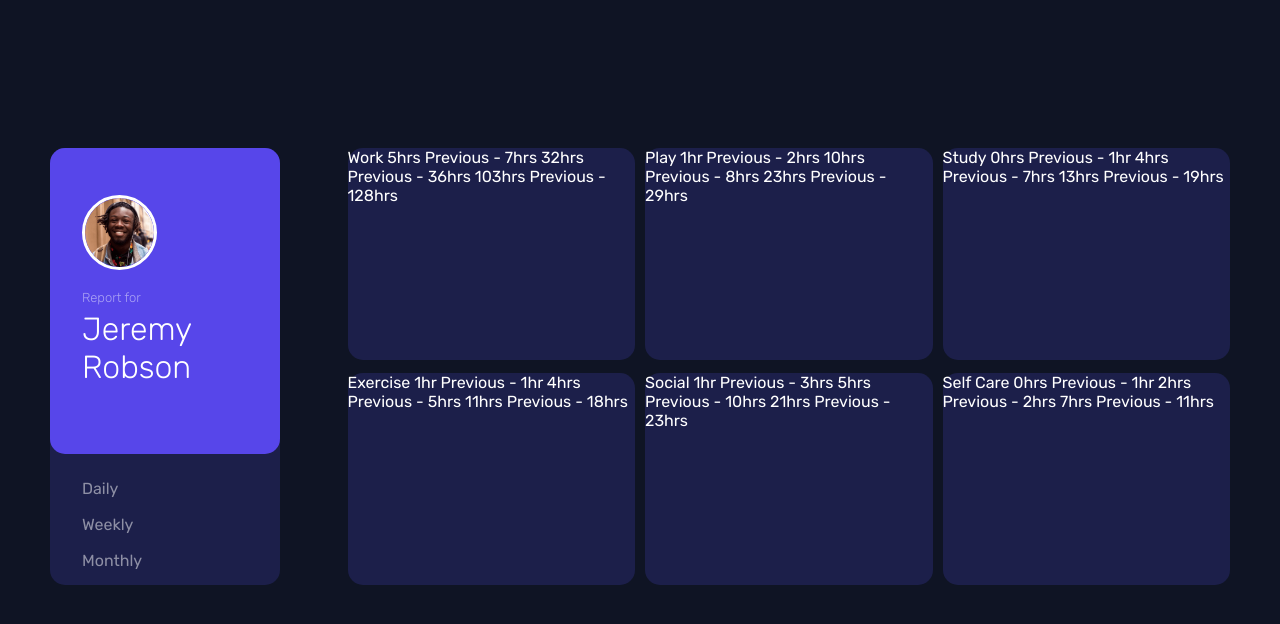
Repository: 3mr-5aled/time-tracking-dashboard-Junior
Page: index.html
These files come from the project's save history. The page is drawn as it stood at one moment and after the next save; the edit follows.
The browser window is 1280 px wide. The pictures show the whole page.

Above is the page before, as saved 2022-12-27 20:19:15.

### index.html
<!DOCTYPE html>
<html lang="en">
  <head>
    <meta charset="UTF-8" />
    <meta name="viewport" content="width=device-width, initial-scale=1.0" />
    <!-- displays site properly based on user's device -->

    <link
      rel="icon"
      type="image/png"
      sizes="32x32"
      href="./images/favicon-32x32.png"
    />
    <link rel="stylesheet" href="style.css" />

    <title>Frontend Mentor | Time tracking dashboard</title>

    <!-- Feel free to remove these styles or customise in your own stylesheet 👍 -->
    <style>
      .attribution {
        display: none;
        font-size: 11px;
        text-align: center;
      }
      .attribution a {
        color: hsl(228, 45%, 44%);
      }
    </style>
  </head>
  <body>
    <div class="main">
      <div class="user">
        <div class="userData">
          <img src="images/image-jeremy.png" alt="userFace" />
          <div class="userInfo">
            <p>Report for</p>
            <span>Jeremy Robson</span>
          </div>
        </div>
        <div class="filter">
          <button>Daily</button>
          <button>Weekly</button>
          <button>Monthly</button>
        </div>
      </div>
      <div class="work">
        Work 5hrs
        <!-- daily -->
        Previous - 7hrs
        <!-- daily -->
        32hrs
        <!-- weekly -->
        Previous - 36hrs
        <!-- weekly -->
        103hrs
        <!-- monthly -->
        Previous - 128hrs
        <!-- monthly -->
      </div>
      <div class="play">
        Play 1hr
        <!-- daily -->
        Previous - 2hrs
        <!-- daily -->
        10hrs
        <!-- weekly -->
        Previous - 8hrs
        <!-- weekly -->
        23hrs
        <!-- monthly -->
        Previous - 29hrs
        <!-- monthly -->
      </div>
      <div class="study">
        Study 0hrs
        <!-- daily -->
        Previous - 1hr
        <!-- daily -->
        4hrs
        <!-- weekly -->
        Previous - 7hrs
        <!-- weekly -->
        13hrs
        <!-- monthly -->
        Previous - 19hrs
        <!-- monthly -->
      </div>

      <div class="exercise">
        Exercise 1hr
        <!-- daily -->
        Previous - 1hr
        <!-- daily -->
        4hrs
        <!-- weekly -->
        Previous - 5hrs
        <!-- weekly -->
        11hrs
        <!-- monthly -->
        Previous - 18hrs
        <!-- monthly -->
      </div>

      <div class="social">
        Social 1hr
        <!-- daily -->
        Previous - 3hrs
        <!-- daily -->
        5hrs
        <!-- weekly -->
        Previous - 10hrs
        <!-- weekly -->
        21hrs
        <!-- monthly -->
        Previous - 23hrs
        <!-- monthly -->
      </div>
      <div class="selfCare">
        Self Care 0hrs
        <!-- daily -->
        Previous - 1hr
        <!-- daily -->
        2hrs
        <!-- weekly -->
        Previous - 2hrs
        <!-- weekly -->
        7hrs
        <!-- monthly -->
        Previous - 11hrs
        <!-- monthly -->
      </div>
    </div>
    <div class="attribution">
      Challenge by
      <a href="https://www.frontendmentor.io?ref=challenge" target="_blank"
        >Frontend Mentor</a
      >. Coded by <a href="#">3mr 5aled</a>.
    </div>
  </body>
</html>

### style.css
@import url("https://fonts.googleapis.com/css2?family=Rubik:wght@200;300;400;500&display=swap");

* {
  box-sizing: border-box;
  padding: 0;
  margin: 0;
  font-family: "Rubik", sans-serif;
}

:root {
  /* Primary colors */
  --blue: hsl(246, 80%, 60%);
  --light-red: hsl(15, 100%, 70%); /*(work)*/
  --soft-blue: hsl(195, 74%, 62%); /*(play)*/
  --light-red: hsl(348, 100%, 68%); /*(study)*/
  --lime-green: hsl(145, 58%, 55%); /*(exercise)*/
  --violet: hsl(264, 64%, 52%); /*(social)*/
  --soft-orange: hsl(43, 84%, 65%); /*(self care)*/

  /* Neutral colors */
  --very-dark-blue: hsl(226, 43%, 10%);
  --dark-blue: hsl(235, 46%, 20%);
  --light-purple: #5746ea;
  --desaturated-blue: hsl(235, 45%, 61%);
  --pale-blue: hsl(236, 100%, 87%);

  /* card font size */
  --fs-card: 18px;

  /* media quires */
  --mobile-view: 375px;
  --desktop-view: 1440px;
}

body {
  padding: 10px;
  background-color: var(--very-dark-blue);
  color: white;
  display: flex;
  /* align-items: center; */
  justify-content: center;
}

.main {
  display: grid;
  grid-template-columns: 1fr;
  grid-template-rows: repeat(7, 1fr);
  /* grid-row-gap: 10px; */
  grid-column-gap: 10px;
  grid-template-areas:
    "user"
    "work"
    "play"
    "study"
    "exercise"
    "social"
    "selfCare";
}
.user,
.work,
.play,
.study,
.exercise,
.social,
.selfCare {
  background: var(--dark-blue);
  border-radius: 15px;
  /* padding: 1rem; */
  margin-top: 0.8rem;
  /* margin-right: 0.8rem; */
  /* margin-left: 1rem; */
}
/* start user section */
.user {
  grid-area: user;
}
.userData {
  display: flex;
  flex-direction: row;
  align-items: center;
  justify-content: center;
  background: var(--light-purple);
  border-radius: 15px;
  padding: 15px;
}
img {
  border: 3px solid white;
  border-radius: 50%;
  height: 60px;
  width: 60px;
}
.userInfo {
  margin: 20px 0;
  margin-left: 15px;
}
.userInfo p {
  font-weight: 300;
  color: rgba(255, 255, 255, 0.5);
  padding-bottom: 5px;
  font-size: small;
}
.userInfo span {
  font-weight: 200;
  font-size: x-large;
}

.filter {
  display: flex;
  flex-direction: row;
  align-items: center;
  justify-content: space-evenly;
  margin: 1rem 0;
}

.filter button {
  background: transparent;
  border: none;
  font-size: medium;
  color: rgba(255, 255, 255, 0.5);
}
.filter button:hover {
  color: white;
}
/* end user section */

.work {
  grid-area: work;
}
.play {
  grid-area: play;
}
.study {
  grid-area: study;
}
.exercise {
  grid-area: exercise;
}
.social {
  grid-area: social;
}
.selfCare {
  grid-area: selfCare;
}

@media screen and (min-width: 375px) {
  body {
    align-items: center;
    height: 100vh;
    padding: 50px;
  }
  .main {
    grid-template-columns: repeat(4, 1fr);
    grid-template-rows: repeat(2, 1fr);
    grid-template-areas:
      "user work play study"
      "user exercise social selfCare";
    height: calc(100vh / 1.6);
  }
  .user {
    max-width: calc(100vh / 4 + 50px);
  }
  img {
    width: 75px;
    height: 75px;
  }
  .userData {
    flex-direction: column;
    align-items: flex-start;
    justify-content: center;
    height: 70%;
    padding-left: 2rem;
  }
  .userInfo {
    margin-left: 0px;
  }
  .userInfo span {
    word-wrap: break-word;
    /* white-space: warp; */
    font-size: 2em;
  }
  .filter {
    margin-left: 2rem;
    height: 25%;
    /* gap: 5px; */
    align-items: flex-start;
    justify-content: space-around;
    flex-direction: column;
  }
}

After the next save:
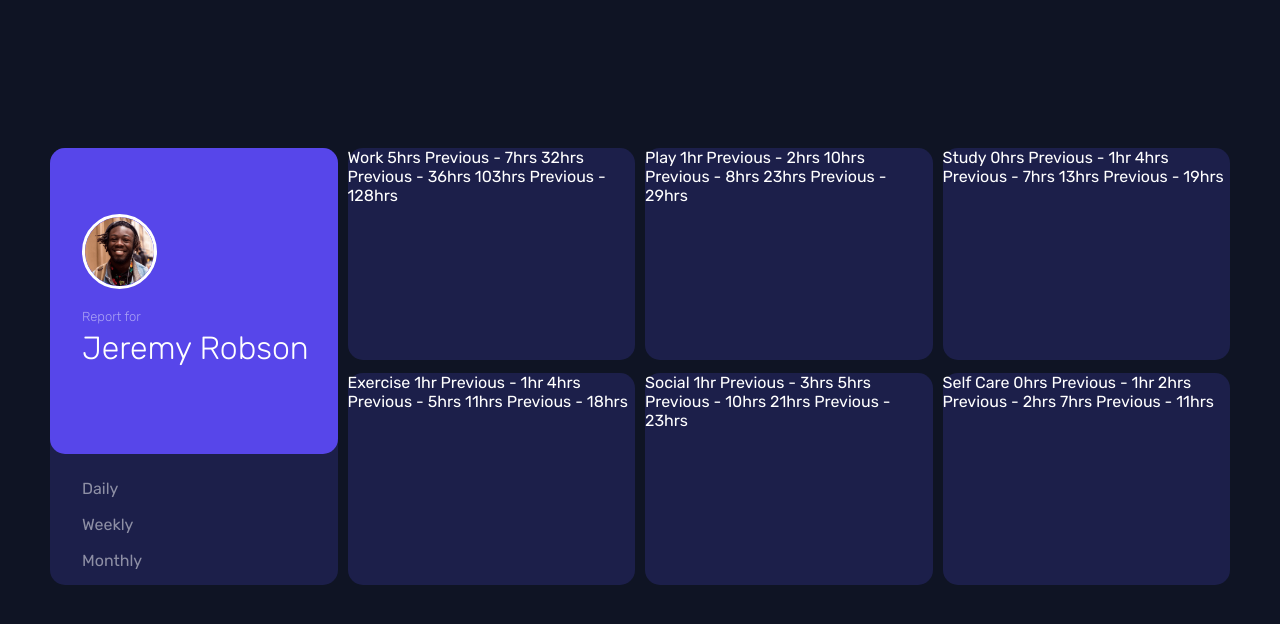
Saved 80 s later.
--- a/style.css
+++ b/style.css
@@ -157,7 +157,7 @@ img {
     height: calc(100vh / 1.6);
   }
   .user {
-    max-width: calc(100vh / 4 + 50px);
+    max-width: calc(100vh / 3 + 50px);
   }
   img {
     width: 75px;
